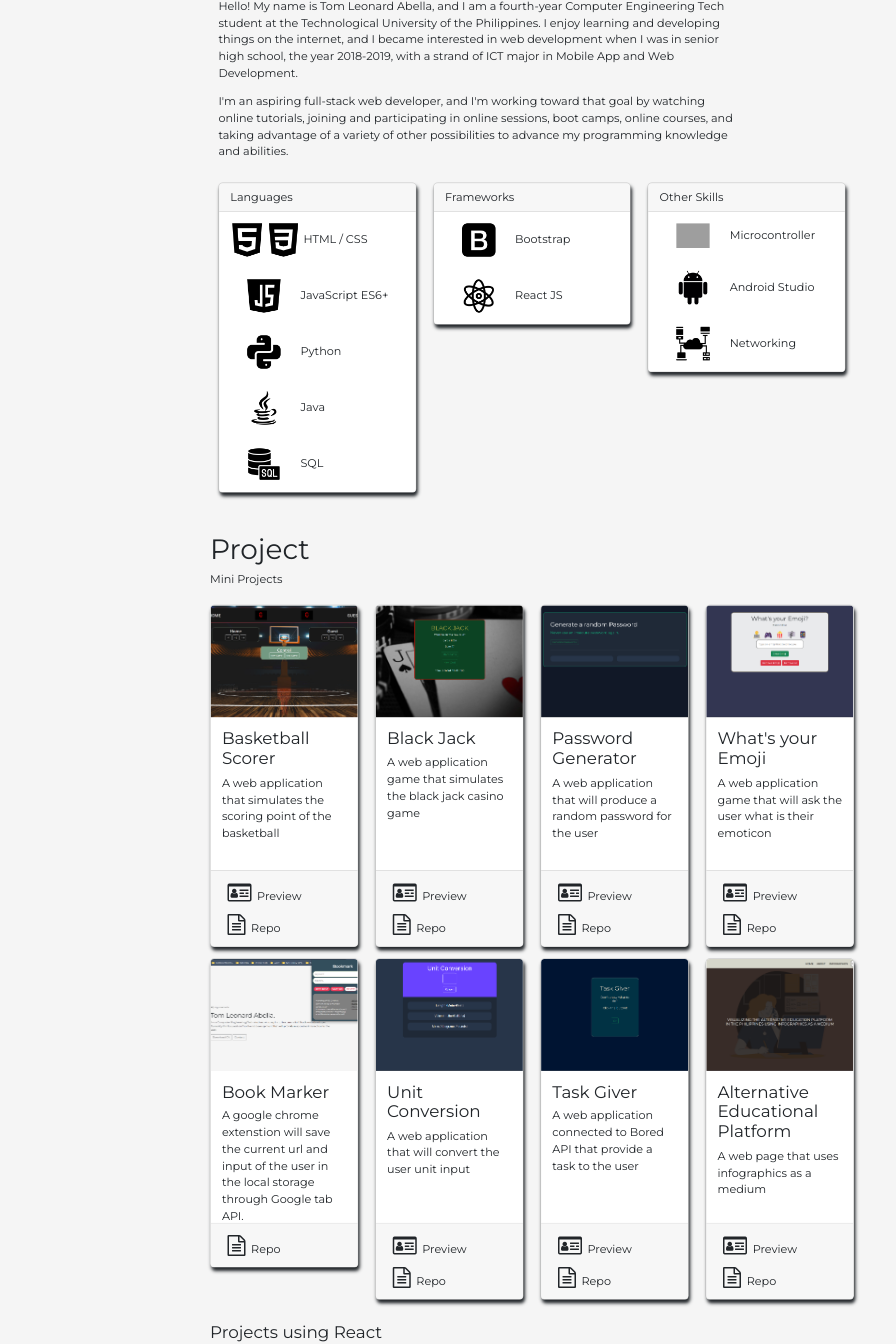
Repository: tom-abella/Portfolio
Page: index.html
These files come from the project's save history. The page is drawn as it stood at one moment and after the next save; the edit follows.
The browser window is 1280 px wide. The pictures show the part of the page from y = 787 to 2707 px (the page is 3347 px tall), at 70% of full size.
Pictures or frames that could not be fetched are drawn as grey boxes.

Above is the page before, as saved 2022-11-25 11:24:31.
Console error: ReferenceError: emailjs is not defined

After the next save:
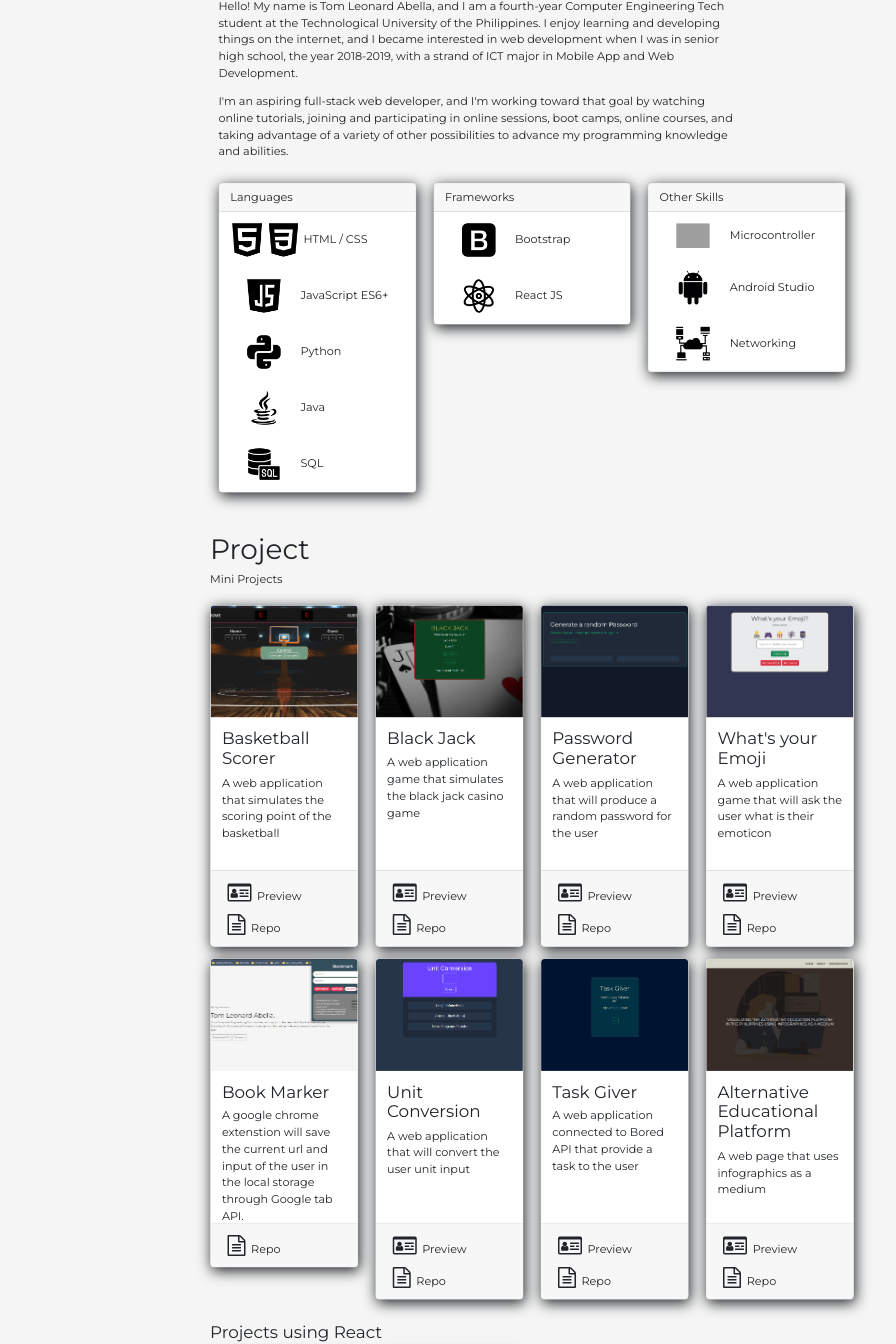
Saved 9 s later.
--- a/style.css
+++ b/style.css
@@ -17,7 +17,7 @@ img{
 
 }
 .card{
-    box-shadow: 2px 5px 5px #212529;
+    box-shadow: 2px 5px 20px #212529;
 }
 .navbar .nav-link.active{
     color:grey;
